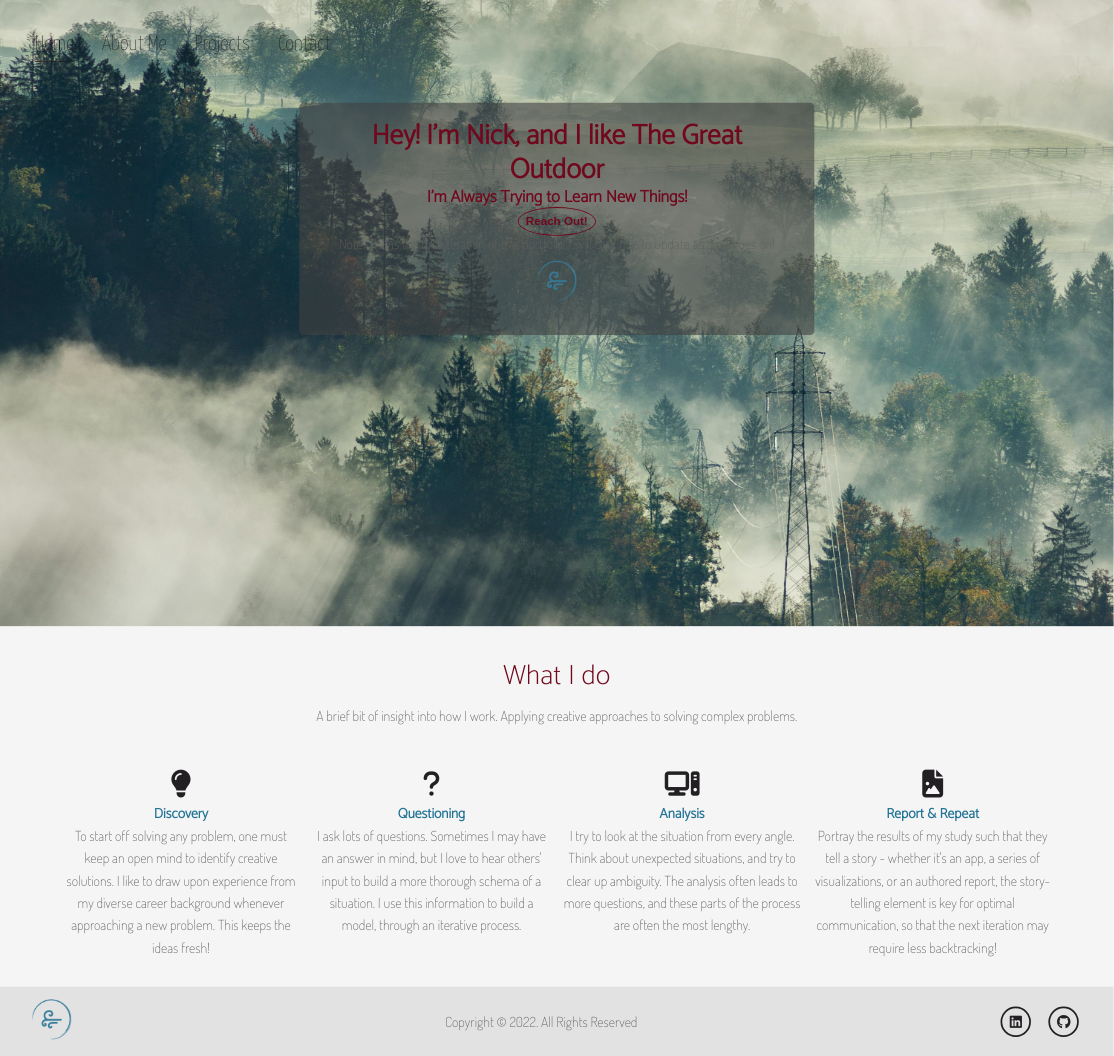
Repository: TrellixVulnTeam/pre-work_928R
Page: deploy/index.html
These files come from the project's save history. The page is drawn as it stood at one moment and after the next save; the edit follows.
The browser window is 1280 px wide. The pictures show the whole page, at 87% of full size.
Some web libraries are served in a nearby version. The style sheet was rebuilt from its Sass, Less or Tailwind sources for each picture, by a compiler version that may differ from the author's.

Above is the page before, as saved 2022-04-20 19:52:48.

### deploy/index.html
<!DOCTYPE html>
<html lang="en">
  <head>
    <meta charset="UTF-8" />
    <meta http-equiv="X-UA-Compatible" content="IE=edge" />
    <meta name="viewport" content="width=device-width, initial-scale=1.0, minimum-scale=1, maximum-scale=1" />
    <title>Nicholas Shaffer | Web Dev & Business Consulting</title>
    <link rel="stylesheet" href="css/main.css" />
    <!-- Font Awesome -->
    <script src="https://kit.fontawesome.com/5331b7bb54.js" crossorigin="anonymous"></script>

    <!--
        Free Icons:
        <a href="https://www.flaticon.com/free-icons/brain" title="brain icons">Brain icons created by Smashicons - Flaticon</a>
    -->

    <!-- Google Fonts -->
    <style>
      @import url("https://fonts.googleapis.com/css2?family=Catamaran:wght@100;200&family=Dosis:wght@200&family=Yanone+Kaffeesatz:wght@200&display=swap");
    </style>
  </head>

  <!-- Main -->
  <body>
    <!-- Header Section-->
    <header id="header-home">
      <div class="container">
        <nav id="main-nav">
          <ul>
            <li><a href="index.html" class="current">Home</a></li>
            <li><a href="about.html">About Me</a></li>
            <li><a href="projects.html">Projects</a></li>
            <li><a href="contact.html">Contact</a></li>
          </ul>
        </nav>
        <div class="header-content">
          <h1>
            Hey! I'm Nick, and I like
            <span
              class="txt-type"
              data-wait="2850"
              data-words="[&quot;The Great Outdoors&quot;, &quot;Hiking... Outdoors&quot;, &quot;Yoga and Calisthenics!&quot;, &quot;Growing My Own Food&quot;, &quot;Playing Ukulele&quot;, &quot;Programming New Apps&quot;, &quot;UI/UX Research&quot;, &quot;Designing Solutions&quot;, &quot;Solving Problems&quot;]"
            ></span>
          </h1>
          <h2 class="lead">I'm Always Trying to Learn New Things!</h2>
          <button class="btn-main"><strong>Reach Out!</strong></button>
          <p class="lead">Note: This is the first iteration of this portfolio. I will continue to update as time goes on!</p>
          <img src="img/logo_watermark.png" alt="logo image" id="logo" />
        </div>
      </div>
    </header>

    <!-- Creative Process Section-->
    <section id="home-a" class="text-center py-2">
      <div class="container">
        <h2 class="section-title">What I do</h2>

        <p class="lead">A brief bit of insight into how I work. Applying creative approaches to solving complex problems.</p>

        <div class="specials px-3">
          <div>
            <i class="fas fa-lightbulb fa-2x"></i>
            <h3>Discovery</h3>
            <p>
              To start off solving any problem, one must keep an open mind to identify creative solutions. I like to draw upon
              experience from my diverse career background whenever approaching a new problem. This keeps the ideas fresh!
            </p>
          </div>

          <div>
            <i class="fas fa-question fa-2x"></i>
            <h3>Questioning</h3>
            <p>
              I ask lots of questions. Sometimes I may have an answer in mind, but I love to hear others' input to build a more
              thorough schema of a situation. I use this information to build a model, through an iterative process.
            </p>
          </div>

          <div>
            <i class="fas fa-computer fa-2x"></i>
            <h3>Analysis</h3>
            <p>
              I try to look at the situation from every angle. Think about unexpected situations, and try to clear up ambiguity.
              The analysis often leads to more questions, and these parts of the process are often the most lengthy.
            </p>
          </div>

          <div>
            <i class="fas fa-file-image fa-2x"></i>
            <h3>Report & Repeat</h3>
            <p>
              Portray the results of my study such that they tell a story - whether it's an app, a series of visualizations, or
              an authored report, the story-telling element is key for optimal communication, so that the next iteration may
              require less backtracking!
            </p>
          </div>
        </div>
      </div>
    </section>

    <!-- Footer -->
    <footer id="main-footer">
      <div class="footer-content container">
        <img src="img/logo_watermark.png" alt="logo image" id="logo" />
        <p>Copyright &copy; 2022. All Rights Reserved</p>
        <div class="social"><i class="fab fa-linkedin"></i> <i class="fab fa-github"></i></div>
      </div>
    </footer>

    <!-- Intro Effect -->
    <script src="/deploy/js/typewriter.js"></script>
  </body>
</html>

### deploy/js/typewriter.js
class TypeWriter {
  constructor(txtElement, words, wait = 2850) {
    this.txtElement = txtElement;
    this.words = words;
    this.txt = '';
    this.wordIndex = 0;
    this.wait = parseInt(wait, 10);
    this.type();
    this.isDeleting = false;
  }

  type() {
    // Current index of word
    const current = this.wordIndex % this.words.length;
    // Get full text of current word
    const fullTxt = this.words[current];

    // Check if deleting
    if (this.isDeleting) {
      // Remove char
      this.txt = fullTxt.substring(0, this.txt.length - 1);
    } else {
      // Add char
      this.txt = fullTxt.substring(0, this.txt.length + 1);
    }

    // Insert txt into element
    this.txtElement.innerHTML = `<span class="txt">${this.txt}</span>`;

    // Initial Type Speed
    let typeSpeed = 300;

    if (this.isDeleting) {
      typeSpeed /= 2;
    }

    // If word is complete
    if (!this.isDeleting && this.txt === fullTxt) {
      // Make pause at end
      typeSpeed = this.wait;
      // Set delete to true
      this.isDeleting = true;
    } else if (this.isDeleting && this.txt === '') {
      this.isDeleting = false;
      // Move to next word
      this.wordIndex++;
      // Pause before start typing
      typeSpeed = 500;
    }

    setTimeout(() => this.type(), typeSpeed);
  }
}

// Init On DOM Load
document.addEventListener('DOMContentLoaded', init);

// Init App
function init() {
  const txtElement = document.querySelector('.txt-type');
  const words = JSON.parse(txtElement.getAttribute('data-words'));
  const wait = txtElement.getAttribute('data-wait');
  // Init TypeWriter
  new TypeWriter(txtElement, words, wait);
}

### scss/main.scss
@import 'config';

// General Stylings
* {
    margin: 0;
    padding: 0;
}

body {
    line-height: 1.6;
}

a, li {
    text-decoration: none;
    color: $mainText;
    font-family: 'Yanone Kaffeesatz', sans-serif;
}

h1 {
    color: $mainText;
    font-size: xx-large;
    font-family: 'Catamaran', sans-serif;
}

h2 {
    color: $mainText;
    font-size: larger;
    font-family: 'Catamaran', sans-serif;
}

h3 {
    color: $tertiaryText;
    font-size: medium;
    font-family: 'Catamaran',
    sans-serif;
}

p {
    color: $secondaryText;
    font-size: medium;
    font-family: 'Dosis', sans-serif;
}

img {
    width: 100%;
}

// Buttons
%btn-shared {
    display: inline-block;
    padding: 0.5rem .5rem;
    transition: all 0.5s;
    border: none;
    cursor: pointer;
}

.btn {
    &-main {
        @extend %btn-shared;
        color: $mainText;
        background-color: transparent;
        border-radius: 50%;
        border: 1px $mainText solid;
    }
}

button[class^='btn-']:hover,
a[class^='btn-']:hover {
    background-color: $styleText;
}

// Responsive queries

// Mobile Devices
@media (max-width: 600px) {
    #header-home {
        height: 15rem;

        .header-content {
            padding-top: 5rem;
        }
    }
}

// Smart phones
@media (max-width: 800px) {
    #main-nav {
        flex-direction: column;
        align-items: center;

        li {
            padding: 1rem;
        }
    }

    #header {
        &-home {
            height: 10rem;
            border-bottom: 1px solid $styleText;
            background-position: 20% 30%;

            .header-content {
                display: none;
            }
        }

        &-inner {
            height: 10rem;
        }
    }

    // Stack Grid Columns
    #home-a .specials,
    #about-a,
    #contact-b
    .contact-info,
    .fields {
        grid-template-columns: 1fr;
    }

    #home {
        &-a {
            .specials div {
                border-bottom: 1px $mainText solid;

                &:last-child {
                    border: none;
                    padding-bottom: 0;
                }
            }
        }
    }

    // About
    #about {
        &-a {
            .about-info {
                grid-template-areas:
                    'bio-img'
                    'bio'
                ;

                .bio-img {
                    display: block;
                    margin: 1rem auto;
                }

                .bio {
                    border: none;
                }
            }
        }
    }

    // Contact
    #contact {
        &-a {
            .fields {
                grid-template-areas:
                    'name'
                    'phone'
                    'email'
                    'subject'
                    'message'
                ;
            }
        }
    }


    // Footer
    #main-footer {
        height: 7rem;

        .footer-content {
            flex-direction: column;
            padding: 1rem;
            height: 5rem;
        }
    }
}

### scss/config.scss
// Variables
$website-width: 1280px;
$shading: #f5f5f5;
$backdrop: #e2e2e2;
$mainText: #71091e;
$secondaryText: #605f5e;
$tertiaryText: #227396;
$introText: #f4f9e9;
$styleText: #232023;
$bg-image: url("../img/hero_image3.jpeg");

// Utilities
.container {
    max-width: $website-width;
    padding: 0 1.5rem;
    margin: auto;
    overflow: hidden;
}

.text-center {
    text-align: center;
}

.section-title {
    font-size: 2rem;
    display: block;
    padding-bottom: 0.5rem;
    font-weight: 100;
    text-align: center;
}

// Margins, Padding, Separators
.py {
    &-1 {
        padding: 1rem 0;
    }

    &-2 {
        padding: 2rem 0;
    }

    &-3 {
        padding: 3rem 0;
    }

    &-4 {
        padding: 4rem 0;
    }
}

.px {
    &-1 {
        padding: 0 1rem;
    }

    &-2 {
        padding: 0 2rem;
    }

    &-3 {
        padding: 0 3rem;
    }

    &-4 {
        padding: 0 4rem;
    }
}

.my {
    &-1 {
        margin: 1rem 0;
    }

    &-2 {
        margin: 2rem 0;
    }

    &-3 {
        margin: 3rem 0;
    }

    &-4 {
        margin: 4rem 0;
    }
}


// Header
#header {

    // Home
    &-home {
        background: $bg-image no-repeat center right / cover;
        height: 100vh;
        width: 100vw;
        color: #fff;

        // Content
        .header-content {
            background: rgba(65, 65, 65, 0.6);
            text-align: center;
            padding: 20px 30px;
            line-height: 1.2;
            border-radius: 5px;
            margin: 2rem 20rem;

            /* How do I make the card bigger and size independent of the state change? */
        }

    }

    // Inner Header
    &-inner {
        background: $bg-image no-repeat 40% 50% / cover;
        border-bottom: 1px $styleText solid;
        height: 5.5rem;
    }
}

// Logo
#logo {
    width: 70px;
    height: 70px;
}

// Main Nav
#main-nav {
    display: flex;
    justify-content: space-between;
    padding-top: 1rem;

    ul {
        display: flex;
    }

    li {
        list-style: none;
        padding: 1rem 1rem;
    }

    a {
        text-decoration: none;
        color: $styleText;
        font-size: x-large;
        border-bottom: 1px transparent solid;
        padding-bottom: 0.5rem;
        transition: border-color 0.5s;

        &:hover {
            border-color: $styleText;
            color: $mainText;
            font-weight: 500;
            font-size: x-large;
        }

        &.current {
            border-color: $styleText;
            font-weight: 200;
        }
    }
}

// Home Section
#home {
    &-a {
        background: $shading;

        .specials {
            margin-top: 3rem;
            display: grid;
            grid-gap: 1rem;
            grid-template-columns: repeat(4, 1fr);

            .fas {
                color: $styleText;
                padding-bottom: 0.4rem;
            }
        }
    }
}

// Footer

#main-footer {
    background: $backdrop;
    color: $styleText;
    height: 5rem;

    .footer-content {
        display: flex;
        justify-content: space-between;
        height: 5rem;
        align-items: center;
        color: $styleText;

        .social .fab {
            margin-right: 1rem;
            border: 2px $styleText solid;
            border-radius: 50%;
            height: 15px;
            width: 15px;
            line-height: 15px;
            text-align: center;
            padding: 0.5rem;

            &:hover {
                background: $mainText;
            }
        }
    }
}

// About Me
#about {
    &-a {
        .about-info {
            display: grid;
            grid-template-areas:
                'bio-img bio'
                /* Certifications will go here */
            ;
            grid-gap: 1.2rem;
            align-items: center;

            /* BACKGROUND BLUR AND IMAGE FEATURE */
        }

        .bio-img {
            grid-area: bio-img;
            height: 250px;
            width: 190px;
            border-radius: 50%;
            margin: 1rem 1rem;
            border: 1px solid $tertiaryText;
        }

        .bio {
            grid-area: bio;
            border-left: 3px solid $tertiaryText;
            padding: 1rem 1rem;
        }
    }
}

// Contact Form

#contact {
    &-a {
        .fields {
            padding: 0 4rem;
            display: grid;
            grid-template-areas:
                'name email'
                'subject phone'
                'message message'
            ;
            grid-gap: 1.2rem;
            margin-bottom: 1.2rem;

            // Grid Placement
            .name-input {
                grid-area: name;
            }
            .subject-input {
                grid-area: subject;
            }
            .email-input {
                grid-area: email;
            }
            .phone-input {
                grid-area: phone;
            }
            .message-input {
                grid-area: message;
                height: 100px;
            }
        }
    }

    &-b {
        background: $shading;

        .contact-info {
            display: grid;
            grid-template-columns: repeat(3, 1fr);
            text-align: center;

            div {
                border-bottom: 1px $mainText solid;
                padding: .5rem 1rem;

                &:last-child {
                    border: none;
                }
            }
        }
    }
}

After the next save:
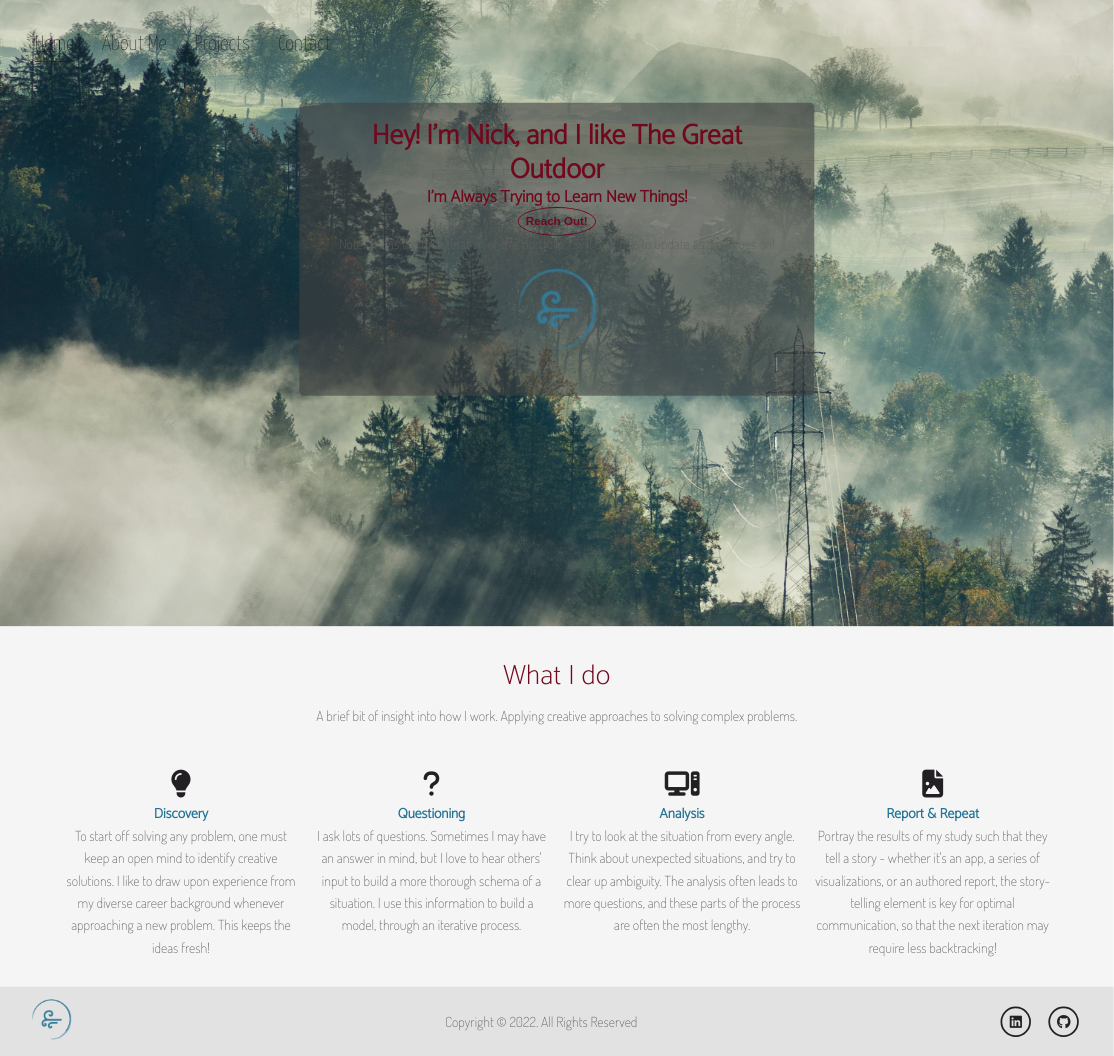
Saved 37 s later.
--- a/deploy/index.html
+++ b/deploy/index.html
@@ -45,7 +45,7 @@
           <h2 class="lead">I'm Always Trying to Learn New Things!</h2>
           <button class="btn-main"><strong>Reach Out!</strong></button>
           <p class="lead">Note: This is the first iteration of this portfolio. I will continue to update as time goes on!</p>
-          <img src="img/logo_watermark.png" alt="logo image" id="logo" />
+          <img src="img/logo_watermark.png" alt="logo image" id="logo" style="height: 140px; width: 140px;" />
         </div>
       </div>
     </header>
